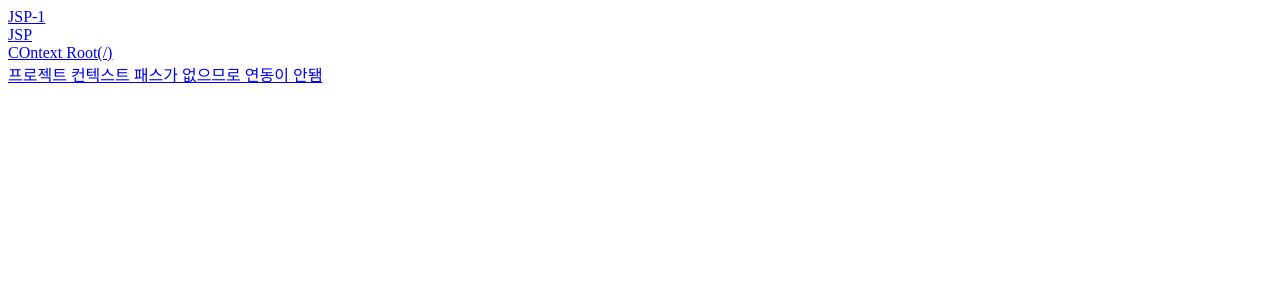
Repository: SongSooJin/JSP
Page: http://localhost/5-jsp-basic/example7/p164.jsp
The author's editor kept a copy of each file at every save. The page is drawn from the files as they stood at one save, then again after the next save.
The browser window is 1280 px wide. The pictures show the whole page.
The page is served by Tomcat 9.

Above is the page before, as saved 2018-10-08 08:47:05.

After the next save:
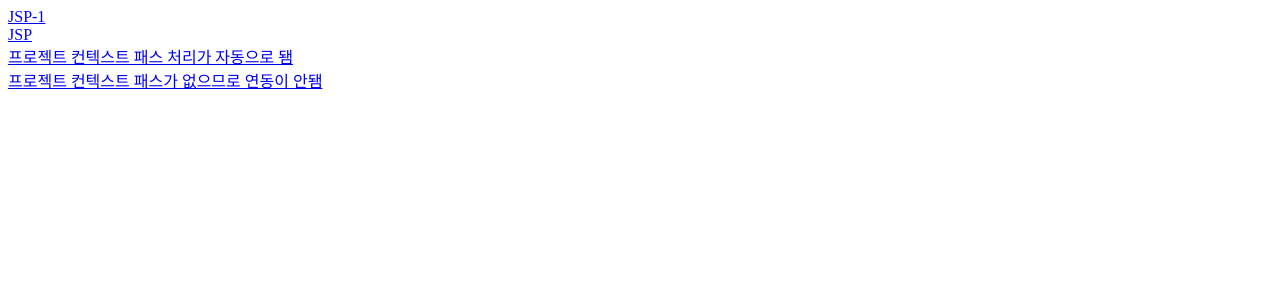
Saved 20 s later.
--- a/5-jsp-basic/WebContent/example7/p164.jsp
+++ b/5-jsp-basic/WebContent/example7/p164.jsp
@@ -15,7 +15,7 @@
 	<a href="<c:url value='/example7/first.jsp'/>">JSP</a><br>
 
 	<!-- http://localhost:8080/5-jsp-basic/ -->
-	<a href="<c:url value='/' />">COntext Root(/)</a><br>
+	<a href="<c:url value='/' />">프로젝트 컨텍스트 패스 처리가 자동으로 됌</a><br>
 
 	<!-- http://localhost:8080  -->
 	<a href="/">프로젝트 컨텍스트 패스가 없으므로 연동이 안됌</a><br>
